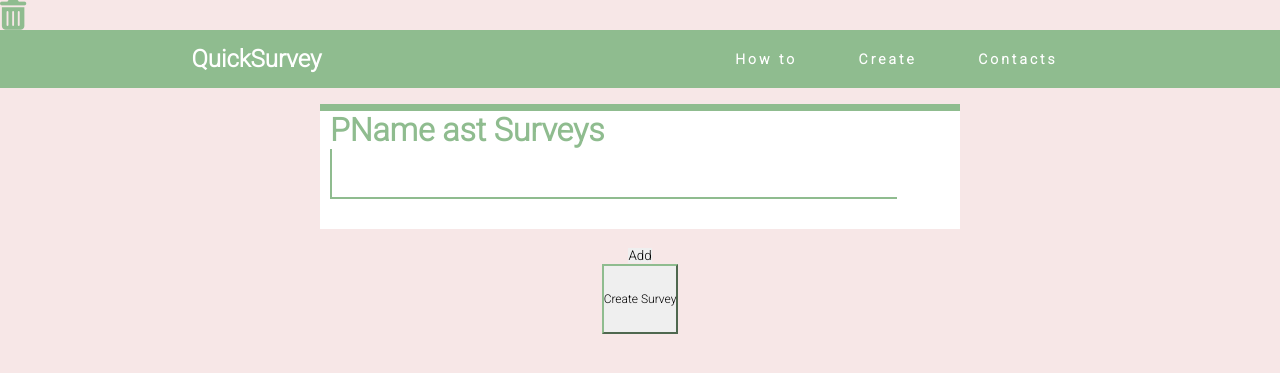
Repository: cakuang1/QuickSurvey
Page: create.html
The author's editor kept a copy of each file at every save. The page is drawn from the files as they stood at one save, then again after a run of saves.
The browser window is 1280 px wide. The pictures show the whole page.
Some web libraries are served in a nearby version.

Above is the page before, as saved 2022-01-06 22:07:12.

### create.html
<!DOCTYPE html>
<html>
<head>
    <title>QuickSurvey</title>
    <link href="https://fonts.googleapis.com/css2?family=Roboto:wght@300&display=swap" rel="stylesheet">
    <meta charset="UTF-8">
    <link rel="stylesheet" href="style.css">
    <script src="https://kit.fontawesome.com/71865f0e2e.js" crossorigin="anonymous"></script>


</head>

<body>

    <i class="fas fa-trash-alt"></i>
        <nav class="navbar">
            <div class = 'heading'>
                <h2 id = "logo">QuickSurvey</h2>
            </div>
            <ul class="nav-menu">
                <li><a href="index.html" >How to</a></li>
                <li><a href="create.html">Create</a></li>
                <li><a href="pastsurveys.html">Contacts</a></li>
            </ul>
        </nav>

    </div>
    <div class="namecontainer">
        <h1> <span >PName ast Surveys</span> </h1>
        <form ><input type="text" name="Name"></form>

    </div>
    <div align = "center">
    <button class = "adds">  Add    </button><br>
    <button class = "creates">Create Survey</button>
    </div>
</body>

</html>

### style.css
* {
    box-sizing: border-box;
    margin: 0;
    padding: 0;
    font-family: 'Roboto', sans-serif;
}
body{
    background-color: #f7e7e7;


}
nav {
    display: flex;
    justify-content: space-around;
    align-items: center;
    min-height: 8vh;
    background-color: darkseagreen;
}

.nav-menu {
    display: flex;
    justify-content: space-around;
    width: 30%;
}


.creates {
    text-align: center;
    max-width: 140px;
    height:70px;

    padding: 0;
    border-color: darkseagreen;
    color: #000;
    font-size: 12px;
}
.nav-menu li {
    list-style: none;
}
.nav-menu a{
    color:white;
    text-decoration: none;
    letter-spacing: 3px;
    font-weight: bold;
    font-size: 14px;
    padding: 14px 16px;

}
.nav-menu li a:hover:not(.active){
    background-color: lightseagreen;
}
.nav-ment li a.active {
    background-color: darkseagreen;
}



.namecontainer {
    background-color: white;
    width: 50%;
    margin: auto;
    margin-bottom: 1em;
    margin-top: 1em;
    border-top: 7px solid darkseagreen;
    height: 125px;

}

.namecontainer:active {
    background-color: red;
}

.namecontainer input {
    width: 90%;
    height: 50px;
    background: transparent;
    border-top: none;
    border-right: none;
    border-left: 2px solid darkseagreen;
    border-bottom: 2px solid darkseagreen;
    font-size: 35px;
    outline: none;
    padding-top: 20px;
    display: inline-block
}
.adds {
    border: none;
}

h1 {
    text-indent: 10px;
    color:  darkseagreen;
}

form {
    padding-left: 10px;
}
.fas {
    color: gray;
    font-size: 30px;

}
.fas:hover {

    color: darkseagreen;
}

#home {
    background-color: rgb(176, 226, 176);
}

#logo {
    color: white;
}

#listcontainer {
    padding-top: 100px;
    width: fit-content;
    margin: auto;

}

ol {
    padding-top: 25px;
}

ol li {
    font-size: 50px;
    color: white;

}

.formdiv {
    background-color: white;
    width: 50%;margin: auto;margin-bottom: 1em; margin-top: 1em;border-top: 7px solid darkseagreen;
    text-align: center;
    height: 150px;
}
.formdiv form {
    height: auto;
}

.formdiv {

}

.formdiv form input{
    height: 30px;
    border: none;
    width: 80%;


}

.upperdiv {
    background-color: darkseagreen;
    margin: auto;
    margin-top: 80px;
    width: 60%;
    height: 50px;
    text-align: center;
    vertical-align: middle;

}
.wrapper {
    background-color: darkseagreen;
    display: flex;
    flex-direction: column;
    min-height: 100px;
    width: 60%;
    margin: auto;
    margin-top: 10px;


}
.wrapper .holders {
    background-color:whitesmoke;
    margin:10px;
    height: 50px;
}

After the next 2 saves:
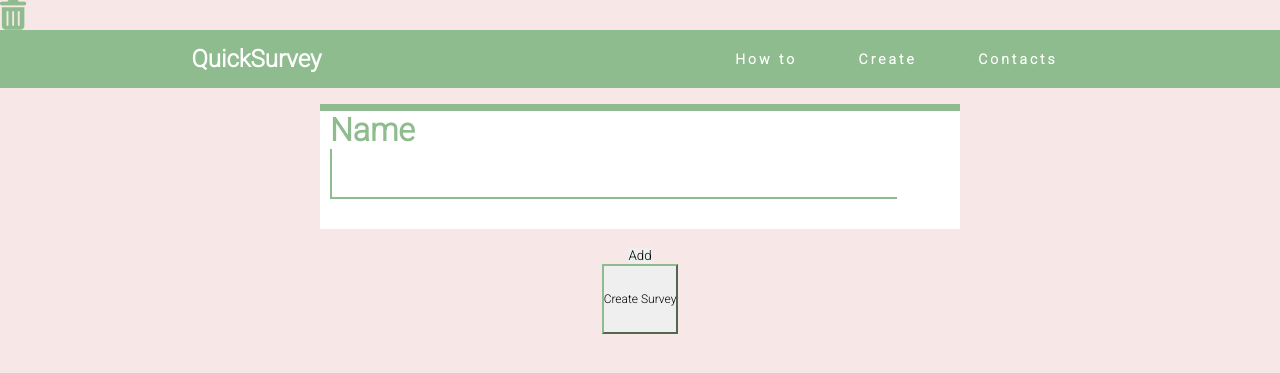
The 2 saves are shown as one change because they came seconds apart.
The last was saved 7 s later.
--- a/create.html
+++ b/create.html
@@ -26,7 +26,7 @@
 
     </div>
     <div class="namecontainer">
-        <h1> <span >PName ast Surveys</span> </h1>
+        <h1>Name </h1>
         <form ><input type="text" name="Name"></form>
 
     </div>
